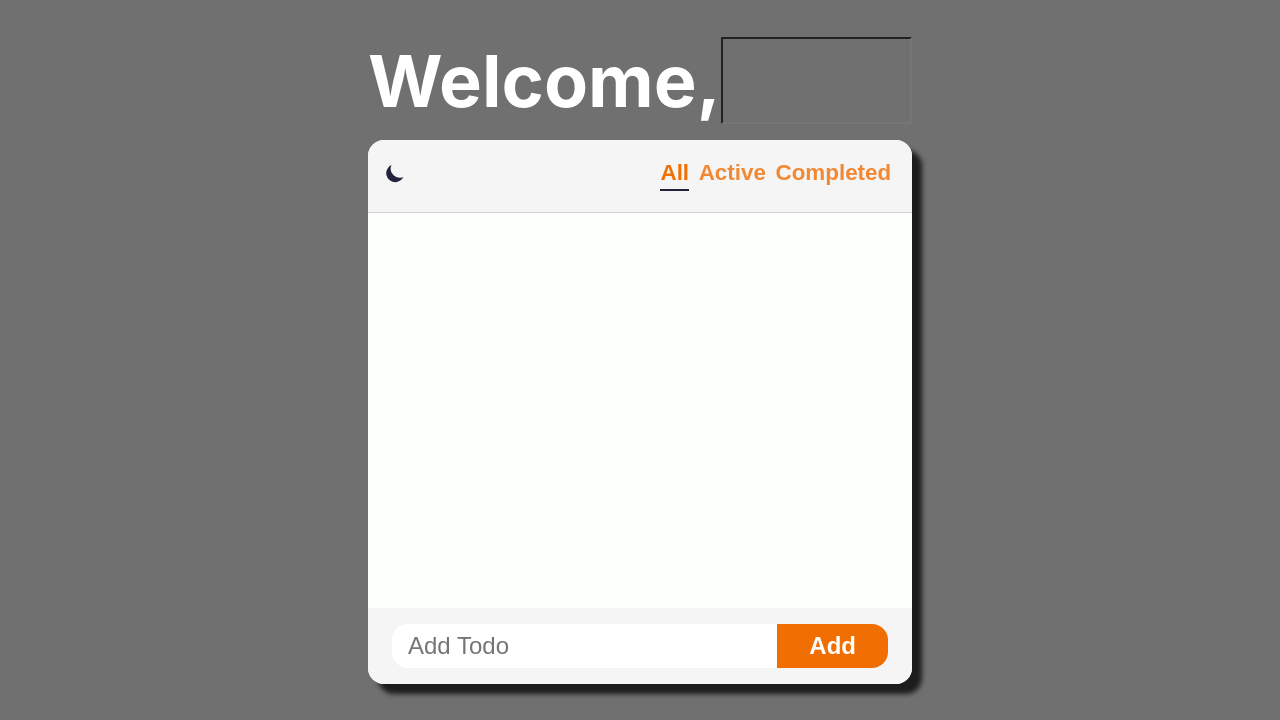
Repository: MrJinkyu/TodoList
Page: /
An editor plug-in stored every save of this project. The page is shown before and after the next save, followed by the edit.
The browser window is 1280 px wide. The pictures show the whole page.
The project was rebuilt for these pictures with package versions that can differ from the ones it lists, and the page was loaded fresh each time. Also part of the build but not shown: src/components/Todo.module.css, src/components/Todo.jsx.

Above is the page before, as saved 2023-05-01 16:13:12.

### src/index.js
import React from 'react';
import ReactDOM from 'react-dom/client';
import './index.css';
import App from './App';
import reportWebVitals from './reportWebVitals';
import Greeting from './components/Greeting';

const root = ReactDOM.createRoot(document.getElementById('root'));
root.render(
  <React.StrictMode>
    <Greeting/>
    <App />
  </React.StrictMode>
);

// If you want to start measuring performance in your app, pass a function
// to log results (for example: reportWebVitals(console.log))
// or send to an analytics endpoint. Learn more: https://bit.ly/CRA-vitals
reportWebVitals();

### src/index.css
:root{
  --color-body: #6f706f;
  --color-bg-dark:#f5f5f5;
  --color-bg: #fdfffd;
  --color-grey: #d1d1d1;
  --color-text: #22243b;
  --color-accent: #f16e03;
  --color-white: white;
  --color-scrollbar: #aaa7a7;
}

html.dark{
  --color-bg-dark: #1a1c35;
  --color-bg: #22243b;
  --color-grey: #4e4e4e;
  --color-text: #fdfffd;
}

*{
  box-sizing: border-box;
  padding: 0;
  margin: 0;
}

button{
  border: none;
  outline: none;
  cursor: pointer;
  background-color: transparent;
}

ul,li{
  list-style: none;
}

body {
  margin: 0;
  font-family: -apple-system, BlinkMacSystemFont, 'Segoe UI', 'Roboto', 'Oxygen',
    'Ubuntu', 'Cantarell', 'Fira Sans', 'Droid Sans', 'Helvetica Neue',
    sans-serif;
  -webkit-font-smoothing: antialiased;
  -moz-osx-font-smoothing: grayscale;
  width: 100vw;
  height: 100vh;
  display: flex;
  justify-content: center;
  align-items: center;
  background-color: var(--color-body);
  font-size: 1.2rem;
  accent-color: var(--color-accent);
}

code {
  font-family: source-code-pro, Menlo, Monaco, Consolas, 'Courier New',
    monospace;
}

::-webkit-scrollbar {
  width: 0.5rem
}

::-webkit-scrollbar-track {
  background-color: var(--color-bg-dark);
}

::-webkit-scrollbar-thumb {
  background-color: var(--color-scrollbar);
}

::-webkit-scrollbar-thumb:hover {
  background-color: var(--color-accent);
}

### src/App.js
import { useState } from "react";
import TodoList from "./components/TodoList";
import Header from "./components/Header";
import { DarkModeProvider } from "./context/DarkModeContext";
import './App.css';

const filters = ['all', 'active', 'completed'];
function App() {
  const [filter, setFilter] = useState(filters[0]);
  return (
    <div className="app">
    <DarkModeProvider>
      <Header filters={filters} filter={filter} onFilterChange={setFilter}/>
      <TodoList filter={filter}/>
    </DarkModeProvider>
    </div>
  );
}

export default App;

### src/components/Greeting.jsx
import React, { useEffect } from 'react';
import styles from './Greeting.module.css';

export default function Greeting() {
    const [name, setName] = ('');
    const handleChange = (e) => {
        setName(e.target.value);
    }
    useEffect(()=>{

    },[]);
    return (
        <div className={styles.greeting}>
            <h2>Welcome,</h2>
            <input
                type='text'
                className={styles.text}
                value={name}
                onChange={handleChange}
            />
        </div>
    );
}

### src/components/TodoList.jsx
import React, { useEffect, useState } from 'react';
import AddTodo from './AddTodo';
import Todo from './Todo';
import styles from './TodoList.module.css';

export default function TodoList({filter}) {
    const [todos, setTodos] = useState(readTodo);
    const handleAdd = (todo) => {
        setTodos([...todos, todo]);
    }
    const handleUpdate = (updated) => {
        setTodos(todos.map((todo) => todo.id === updated.id ? updated : todo));
    }
    const handleDelete = (deleted) => {
        setTodos(todos.filter((todo) => todo.id !== deleted.id));
    }
    const filtered = getFilteredItems(todos, filter);

    useEffect(()=>{
        localStorage.setItem('todos',JSON.stringify(todos));
    },[todos]);
    return (
        <section className={styles.container}>
            <ul className={styles.list}>
                {filtered.map((item) => (
                    <Todo
                        key={item.id}
                        todo={item}
                        onUpdate={handleUpdate}
                        onDelete={handleDelete}
                    />
                ))}
            </ul>
            <AddTodo onAdd={handleAdd}/>
        </section>
    );
}

function getFilteredItems(todos, filter){
    if(filter === 'all'){
        return todos;
    }
    return todos.filter((todo) => todo.status === filter);
}

function readTodo(){
    const todos = localStorage.getItem('todos');
    return todos ? JSON.parse(todos) : [];
}

### src/components/Header.jsx
import React from 'react';
import styles from './Header.module.css';
import { useDarkMode } from '../context/DarkModeContext';
import { HiMoon, HiSun } from 'react-icons/hi';

export default function Header({filters, filter, onFilterChange}) {
    const {darkMode, toggleDarkMode} = useDarkMode();

    return (
        <header className={styles.header}>
            <button className={styles.toggle} onClick={toggleDarkMode}>
                {!darkMode && <HiMoon></HiMoon>}
                {darkMode && <HiSun></HiSun>}
            </button>
            <ul className={styles.filters}>
                {filters.map((value,index) => (
                    <li key={index}>
                        <button
                            onClick={() => onFilterChange(value)}
                            className={`${styles.filter} ${filter === value && styles.selected}`}
                        >
                            {value}
                        </button>
                    </li>
                ))}
            </ul>
        </header>
    );
}

### src/context/DarkModeContext.jsx
const { createContext, useState, useContext } = require("react");

const DarkModeContext = createContext();

export function DarkModeProvider({children}){
    const [darkMode, setDarkMode] = useState(false);
    const toggleDarkMode = () => {
        setDarkMode(!darkMode);
        updateDarkMode(!darkMode);
    }

    return (
        <DarkModeContext.Provider value={{darkMode, toggleDarkMode}}>
            {children}
        </DarkModeContext.Provider>
    )
}

export const useDarkMode = () => useContext(DarkModeContext);

function updateDarkMode(darkMode){
    if(darkMode){
        document.documentElement.classList.add('dark');
    }else{
        document.documentElement.classList.remove('dark');
    }
}

### src/App.css
.app{
    overflow: hidden;
    display: flex;
    flex-direction: column;
    width: 34rem;
    height: 34rem;
    background-color: var(--color-bg);
    border-radius: 1rem;
    box-shadow: 10px 10px 5px 0px rgba(0,0,0,0.75);
  -webkit-box-shadow: 10px 10px 5px 0px rgba(0,0,0,0.75);
  -moz-box-shadow: 10px 10px 5px 0px rgba(0,0,0,0.75);
  }

### src/components/Greeting.module.css
.greeting{
    color: var(--color-white);
    font-size: 3rem;
    margin-bottom: 1rem;
    display: flex;
}

.text{
    width: 100%;
    background-color: transparent;
    color: var(--color-white);
}

### src/components/AddTodo.jsx
import React, { useState } from 'react';
import {v4 as uuidv4} from 'uuid';
import styles from './AddTodo.module.css';

export default function AddTodo({onAdd}) {
    const [text, setText] = useState('');
    const handleChange = (e) => {
        setText(e.target.value);
    }
    const handleSubmit = (e) => {
        e.preventDefault();
        if(text.trim().length === 0){
            return ;
        }
        onAdd({ id: uuidv4(), text, status: 'active' });
        setText('');
    }
    return (
        <form className={styles.form} onSubmit={handleSubmit}>
            <input
                className={styles.input}
                type="text"
                value={text}
                onChange={handleChange}
                placeholder='Add Todo'
            />
            <button className={styles.button}>Add</button>
        </form>
    );
}

### src/components/TodoList.module.css
.container{
    height: 100%;
    display: flex;
    flex-direction: column;
    min-height: 0;
}

.list{
    flex: 1 1 auto;
    padding: 0.7rem 1rem;
    overflow-y: auto;
}

### src/components/Header.module.css
.header{
    background-color: var(--color-bg-dark);
    display: flex;
    justify-content: space-between;
    align-items: center;
    padding: 1rem;
    border-bottom: 1px solid var(--color-grey);
}

.toggle{
    font-size: 1.4rem;
    color: var(--color-text);
    transition: all 150ms ease-out;
}

.toggle:hover{
    color: var(--color-accent);
    transform: scale(1.1);
}

.filters{
    display: flex;
}

.filter{
    margin: 0.3rem;
    font-size: 1.4rem;
    color: var(--color-accent);
    font-weight: bold;
    opacity: 0.8;
    text-transform: capitalize;
}

.filter:hover,
.filter.selected{
    opacity: 1;
}

.filter.selected::after{
    content: '';
    display: block;
    margin-top: 0.2rem;
    border: 1px solid var(--color-text);
}

### src/components/AddTodo.module.css
.form{
    width: 100%;
    display: flex;
    padding: 1rem 1.5rem;
    background-color: var(--color-bg-dark);
}

.input{
    font-size: 1.5rem;
    border: none;
    outline: none;
    padding: 0.5rem 1rem;
    flex: 1 0 auto;
    border-top-left-radius: 1rem;
    border-bottom-left-radius: 1rem;
}

.button{
    padding: 0 2rem;
    font-size: 1.5rem;
    font-weight: bold;
    background-color: var(--color-accent);
    color: var(--color-white);
    border-top-right-radius: 1rem;
    border-bottom-right-radius: 1rem;
}

.button:hover{
    filter: brightness(125%);
}

Loaded but not shown: public/index.html (common file); src/reportWebVitals.js (common file)

After the next save:
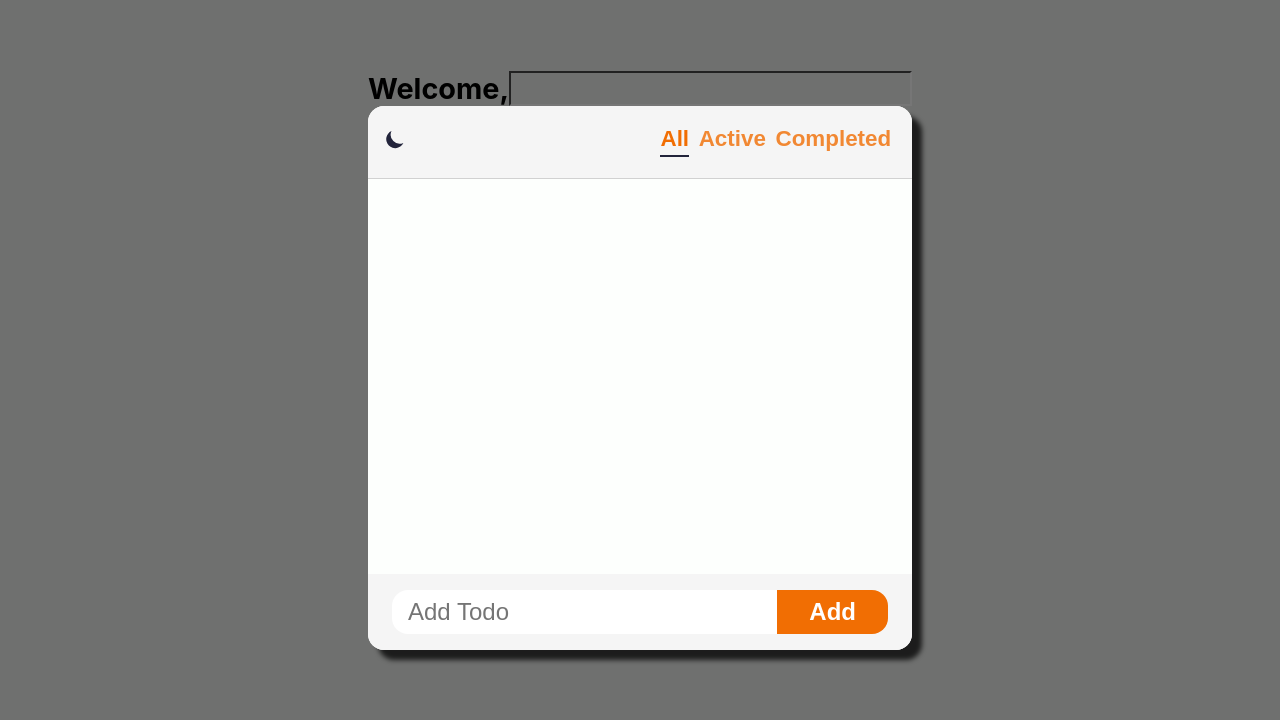
Saved 7 s later.
--- a/src/components/Greeting.module.css
+++ b/src/components/Greeting.module.css
@@ -1,7 +1,4 @@
 .greeting{
-    color: var(--color-white);
-    font-size: 3rem;
-    margin-bottom: 1rem;
     display: flex;
 }
 
